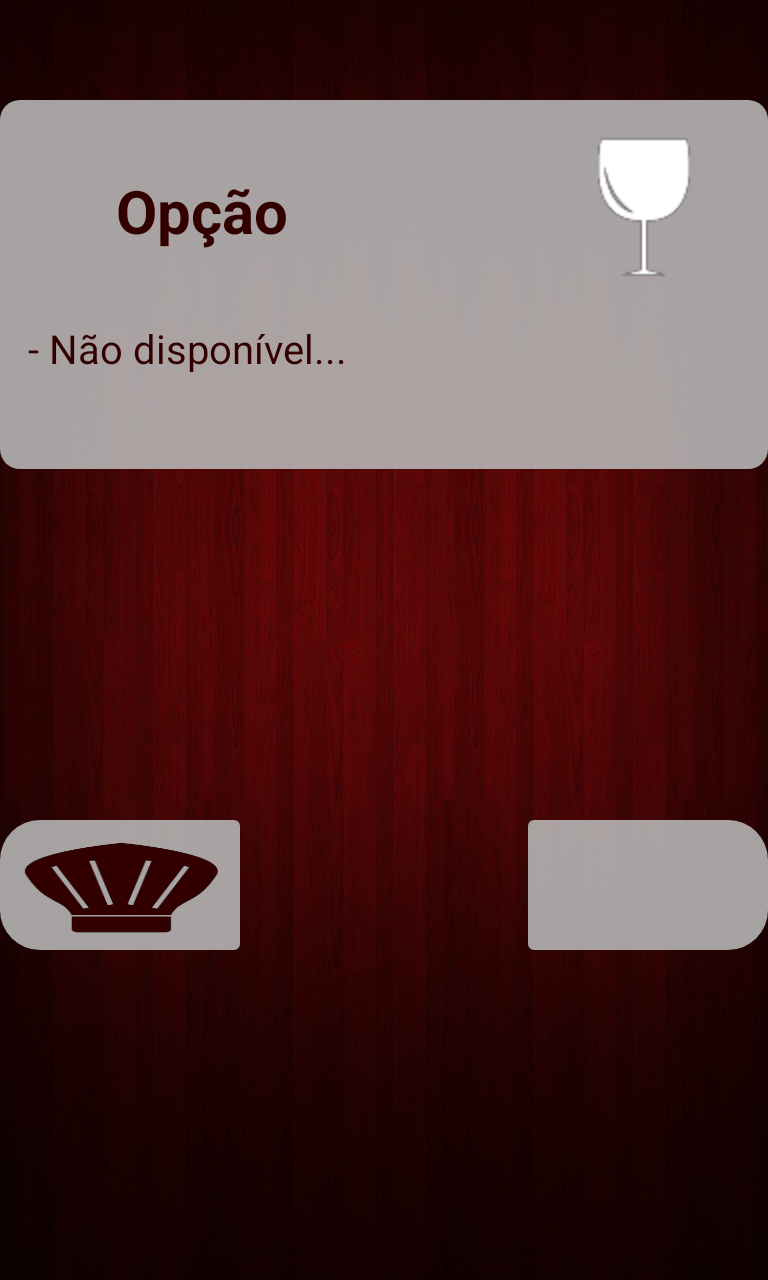
Repository: LuisFilipeDias/eMenu
Layout: SideMenuTutorial/res/layout/display_fragment.xml
An editor plug-in stored every save of this project. The layout is shown before and after the next save, followed by the edit.
It is drawn on a 768 x 1280 px phone screen (xhdpi) without system bars, with theme Theme.Sherlock; the app's code is not run.

Above is the layout before, as saved 2013-12-23 19:13:16.

### SideMenuTutorial/res/layout/display_fragment.xml
<LinearLayout xmlns:android="http://schemas.android.com/apk/res/android"
    xmlns:tools="http://schemas.android.com/tools"
    android:id="@+id/scrollView1"
    android:layout_width="match_parent"
    android:layout_height="match_parent"
	android:layout_marginLeft="15dp"
	android:layout_marginRight="15dp"
    android:orientation="vertical"
    android:background="@drawable/back_a"
    tools:context=".MainActivity" >

	<ScrollView
	    android:layout_width="match_parent"
	    android:layout_height="match_parent" >


    <RelativeLayout
        android:layout_width="match_parent"
        android:layout_height="match_parent">

	    <ScrollView
            android:id="@+id/display_scroll"
	        android:layout_width="match_parent"
	        android:layout_height="380dp" >

            <RelativeLayout
                android:id="@+id/display_ll_1"
                android:layout_width="match_parent"
                android:layout_height="wrap_content"
                android:layout_marginBottom="100dp"
                android:layout_marginTop="50dp"
                android:background="@drawable/center_clicked"
                android:orientation="vertical" >

                <TextView
                    android:id="@+id/bogus_ttl"
                    android:layout_width="202dp"
                    android:layout_height="wrap_content"
                    android:layout_marginBottom="20dp"
                    android:layout_marginTop="35dp"
                    android:layout_alignParentLeft="true"
                    android:gravity="center_horizontal|center_vertical"
                    android:text="@string/bogus_ttl"
                    android:textAppearance="?android:attr/textAppearanceLarge"
                    android:textColor="@color/brown"
                    android:textSize="30sp"
                    android:textStyle="bold" />

                <TextView
                    android:id="@+id/icon_title"
                    android:layout_width="75dp"
                    android:layout_height="75dp"
                    android:layout_alignParentRight="true"
                    android:layout_marginTop="15dp"
                    android:layout_marginRight="25dp"
                    android:background="@drawable/drink"
                    android:gravity="center_horizontal|center_vertical"
                    android:textAppearance="?android:attr/textAppearanceLarge"
                    android:textColor="@color/brown"
                    android:textSize="30sp"
                    android:textStyle="bold" />

                <RelativeLayout
                    android:id="@+id/disp_rel2"
                    android:layout_width="match_parent"
                    android:layout_height="wrap_content"
                    android:layout_marginTop="15dp"
                    android:orientation="vertical"
                    android:layout_below="@+id/bogus_ttl" >

                    <TextView
                        android:id="@+id/bogus_txt"
                        android:layout_width="wrap_content"
                        android:layout_height="wrap_content"
                        android:layout_alignParentLeft="true"
                        android:layout_alignParentTop="true"
                        android:layout_marginLeft="14dp"
                        android:maxWidth="230dp"
                        android:text="@string/bogus_txt"
                        android:textAppearance="?android:attr/textAppearanceLarge"
                        android:textColor="@color/brown"
                        android:textSize="20sp" />

                    <TextView
                        android:id="@+id/bogus_price"
                        android:layout_width="wrap_content"
                        android:layout_height="wrap_content"
                        android:layout_alignParentRight="true"
                        android:layout_alignParentTop="true"
                        android:layout_marginRight="14dp"
                        android:gravity="center_horizontal"
                        android:text="@string/bogus_price"
                        android:textAppearance="?android:attr/textAppearanceLarge"
                        android:textColor="@color/brown"
                        android:textSize="20sp"
                        android:textStyle="bold" />
                </RelativeLayout>
            </RelativeLayout>
    	</ScrollView>

	        <RelativeLayout
	            android:layout_marginTop="30dp"
	            android:layout_width="match_parent"
	            android:layout_height="match_parent"
	            android:layout_alignParentBottom="true"
	            android:layout_below="@+id/display_scroll" >

	            <LinearLayout
	                android:id="@+id/right_button"
	                android:text="@string/right_btn_txt"
                    android:textColor="@color/brown"
	                android:textStyle="bold"
	                android:layout_width="120dp"
	                android:layout_height="65dp"
	                android:background="@drawable/right_tri_clicked"
	                android:orientation="vertical"
	                android:layout_alignParentRight="true"
	                android:clickable="true"
	                android:onClick="rightClicked" >

                    <TextView
                        android:id="@+id/txt_right_button"
                        android:layout_width="wrap_content"
                        android:layout_height="wrap_content" />

	            </LinearLayout>

	            <LinearLayout
	                android:id="@+id/left_button"
	                android:text="@string/left_btn_txt"
                    android:textColor="@color/brown"
	                android:textStyle="bold"
	                android:layout_width="120dp"
	                android:layout_height="65dp"
	                android:background="@drawable/left_tri_clicked"
	                android:orientation="vertical"
	                android:layout_alignParentLeft="true"
	                android:clickable="true"
	                android:onClick="leftClicked" >

                    <TextView
                        android:id="@+id/txt_left_button"
                        android:layout_width="wrap_content"
                        android:layout_height="wrap_content"
                        android:background="@drawable/menu_big" />
	            </LinearLayout>
        	</RelativeLayout>
    </RelativeLayout>
    </ScrollView>

</LinearLayout>

### SideMenuTutorial/res/drawable/center_clicked.xml
<?xml version="1.0" encoding="utf-8"?>
<selector xmlns:android="http://schemas.android.com/apk/res/android">
<!-- Button Focused-->
    <item   android:state_focused="true"
            android:state_pressed="false"
            android:drawable="@drawable/center_bg"
            />
<!-- Button Focused Pressed-->
    <item   android:state_focused="true"
            android:state_pressed="true"
            android:drawable="@drawable/center_bg"
            />
<!-- Button Pressed-->
    <item   android:state_focused="false"
            android:state_pressed="true"
            android:drawable="@drawable/center_bg"
            />
<!-- Button Default Image-->
    <item   android:drawable="@drawable/center_hover"/>

</selector>

### SideMenuTutorial/res/values/strings.xml
<?xml version="1.0" encoding="utf-8"?>
<resources>


    <string name="drawer_close">drawer_close</string>
    <string name="drawer_open">drawer_open</string>
    <string name="title_activity_fetch_database">title_activity_fetch_database</string>
    <string name="title_activity_main">Escolher Restaurante</string>
    <string name="title_activity_display">Escolher Opção</string>
    <string name="title_activity_menu">Restaurantes</string>
    <string name="title_display_activity">Escolher</string>
    <string name="action_settings">action_settings</string>
    <string name="Fragment1">Fragment1</string>
    <string name="Fragment2">Fragment2</string>
    <string name="Fragment3">Fragment3</string>
    <string name="hello_world">Hello</string>
    <string name="Fragment1">Fragment1</string>
    <string name="menu_settings">Definições</string>

    <string name="menu_txt">Menus</string>
    <string name="entry_txt">Entradas</string>
    <string name="meat_txt">Pratos de Carne</string>
    <string name="fish_txt">Pratos de peixe</string>
    <string name="others_txt">Outros Pratos</string>
    <string name="deserts_txt">Sobremesas</string>
    <string name="drinks_txt">Bebidas</string>

    <string name="app_name">eMenu</string>
    <string name="carte_ttl">Ementas</string>
    <string name="info_ttl">Informações</string>

    <string name="resumee_ttl">Resumo:</string>
    <string name="resumee_txt">.    Não definido    </string>
    <string name="website_ttl">Website:</string>
    <string name="website_txt">.    Não definido    </string>
    <string name="location_ttl">Localização:</string>
    <string name="location_txt">.    Não definido    </string>
    <string name="contacts_ttl">Contactos:</string>
    <string name="phone_txt">- Telefones -</string>
    <string name="email_txt">- Emails -</string>

    <string name="bogus_ttl">Opção</string>
    <string name="bogus_txt"> - Não disponível...\n\n</string>
    <string name="bogus_price"> </string>

    <string name="left_btn_txt">Left</string>
    <string name="right_btn_txt">Right</string>
</resources>

### SideMenuTutorial/res/values/colors.xml
<?xml version="1.0" encoding="utf-8"?>
<resources>
        <color name="background_color">#888888</color>
        <color name="text_color">#00FFFF</color>
        <color name="random_color">#0000FF</color>
        <color name="light_grey">#EBEBEB</color>
        <color name="medium_grey">#A0A0A0</color>
        <color name="dark_grey">#646464</color>
        <color name="light_red">#FFE2E2</color>
        <color name="medium_red">#FFB4B4</color>
        <color name="light_blue">#E2E2FF</color>
        <color name="medium_blue">#B4B4FF</color>
        <color name="dark_blue">#0000FF</color>
        <color name="light_green">#E2FFE2</color>
        <color name="medium_green">#B4FFB4</color>
        <color name="emenu_color">#9F9F9F</color>
        <color name="light_orange">#FFC983</color>
        <color name="medium_orange">#FFB778</color>
        <color name="light_yellow">#FFFFBF</color>
        <color name="medium_yellow">#FFFFA3</color>
        <color name="white">#FFFFFF</color>
        <color name="top_blue">#3399CC</color>
        <color name="brown">#330000</color>
</resources>

### SideMenuTutorial/res/drawable/right_tri_clicked.xml
<?xml version="1.0" encoding="utf-8"?>
<selector xmlns:android="http://schemas.android.com/apk/res/android">
<!-- Button Focused-->
    <item   android:state_focused="true"
            android:state_pressed="false"
            android:drawable="@drawable/right_tri_bg"
            />
<!-- Button Focused Pressed-->
    <item   android:state_focused="true"
            android:state_pressed="true"
            android:drawable="@drawable/right_tri_bg"
            />
<!-- Button Pressed-->
    <item   android:state_focused="false"
            android:state_pressed="true"
            android:drawable="@drawable/right_tri_bg"
            />
<!-- Button Default Image-->
    <item   android:drawable="@drawable/right_tri_hover"/>

</selector>

### SideMenuTutorial/res/drawable/left_tri_clicked.xml
<?xml version="1.0" encoding="utf-8"?>
<selector xmlns:android="http://schemas.android.com/apk/res/android">
<!-- Button Focused-->
    <item   android:state_focused="true"
            android:state_pressed="false"
            android:drawable="@drawable/left_tri_bg"
            />
<!-- Button Focused Pressed-->
    <item   android:state_focused="true"
            android:state_pressed="true"
            android:drawable="@drawable/left_tri_bg"
            />
<!-- Button Pressed-->
    <item   android:state_focused="false"
            android:state_pressed="true"
            android:drawable="@drawable/left_tri_bg"
            />
<!-- Button Default Image-->
    <item   android:drawable="@drawable/left_tri_hover"/>

</selector>

### SideMenuTutorial/res/drawable/left_tri_bg.xml
<?xml version="1.0" encoding="UTF-8"?>
<shape xmlns:android="http://schemas.android.com/apk/res/android">
<!--this is to give gradient effect -->
<gradient   android:angle="270"
            android:startColor="#FFFFFFFF"
            android:endColor="#FFFFFFFF"
            />
<!-- this is make corners of button rounded -->
<corners    android:topLeftRadius="20dip"
               android:bottomRightRadius="3dip"
               android:topRightRadius="3dip"
               android:bottomLeftRadius="20dip"/>

</shape>

### SideMenuTutorial/res/drawable/left_tri_hover.xml
<?xml version="1.0" encoding="UTF-8"?>
<shape xmlns:android="http://schemas.android.com/apk/res/android">
<!--this is to give gradient effect -->
<gradient   android:angle="270"
               android:startColor="#DDBBBBBB"
               android:endColor="#DDBBBBBB"
               />
<!-- this is make corners of button rounded -->
<corners    android:topLeftRadius="20dip"
               android:bottomRightRadius="3dip"
               android:topRightRadius="3dip"
               android:bottomLeftRadius="20dip"/>

</shape>

### SideMenuTutorial/res/drawable/right_tri_bg.xml
<?xml version="1.0" encoding="UTF-8"?>
<shape xmlns:android="http://schemas.android.com/apk/res/android">
<!--this is to give gradient effect -->
<gradient   android:angle="270"
            android:startColor="#FFFFFFFF"
            android:endColor="#FFFFFFFF"
            />
<!-- this is make corners of button rounded -->
<corners    android:topLeftRadius="3dip"
               android:bottomRightRadius="20dip"
               android:topRightRadius="20dip"
               android:bottomLeftRadius="3dip"/>

</shape>

### SideMenuTutorial/res/drawable/right_tri_hover.xml
<?xml version="1.0" encoding="UTF-8"?>
<shape xmlns:android="http://schemas.android.com/apk/res/android">
<!--this is to give gradient effect -->
<gradient   android:angle="270"
               android:startColor="#DDBBBBBB"
               android:endColor="#DDBBBBBB"
               />
<!-- this is make corners of button rounded -->
<corners    android:topLeftRadius="3dip"
               android:bottomRightRadius="20dip"
               android:topRightRadius="20dip"
               android:bottomLeftRadius="3dip"/>

</shape>

### SideMenuTutorial/res/drawable/center_bg.xml
<?xml version="1.0" encoding="UTF-8"?>
<shape xmlns:android="http://schemas.android.com/apk/res/android">
<!--this is to give gradient effect -->
<gradient   android:angle="270"
            android:startColor="#FFFFFFFF"
            android:endColor="#FFFFFFFF"
            />
<!-- this is make corners of button rounded -->
<corners    android:topLeftRadius="10dip"
               android:bottomRightRadius="10dip"
               android:topRightRadius="10dip"
               android:bottomLeftRadius="10dip"/>

</shape>

### SideMenuTutorial/res/drawable/center_hover.xml
<?xml version="1.0" encoding="UTF-8"?>
<shape xmlns:android="http://schemas.android.com/apk/res/android">
<!--this is to give gradient effect -->
<gradient   android:angle="270"
               android:startColor="#DDBBBBBB"
               android:endColor="#DDBBBBBB"
               />
<!-- this is make corners of button rounded -->
<corners    android:topLeftRadius="10dip"
               android:bottomRightRadius="10dip"
               android:topRightRadius="10dip"
               android:bottomLeftRadius="10dip"/>

</shape>

After the next save:
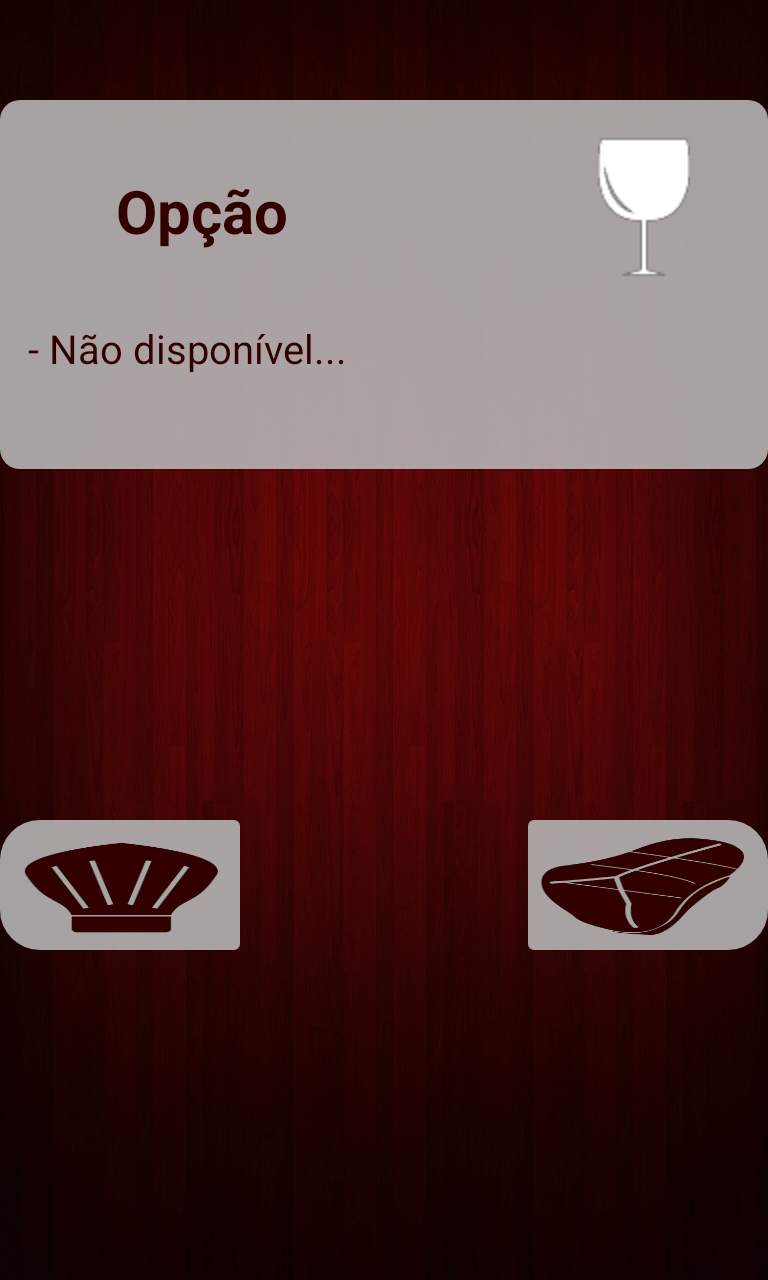
Saved 9 s later.
--- a/SideMenuTutorial/res/layout/display_fragment.xml
+++ b/SideMenuTutorial/res/layout/display_fragment.xml
@@ -121,7 +121,8 @@
                     <TextView
                         android:id="@+id/txt_right_button"
                         android:layout_width="wrap_content"
-                        android:layout_height="wrap_content" />
+                        android:layout_height="wrap_content"
+                        android:background="@drawable/meat_big"  />
 
 	            </LinearLayout>
 
